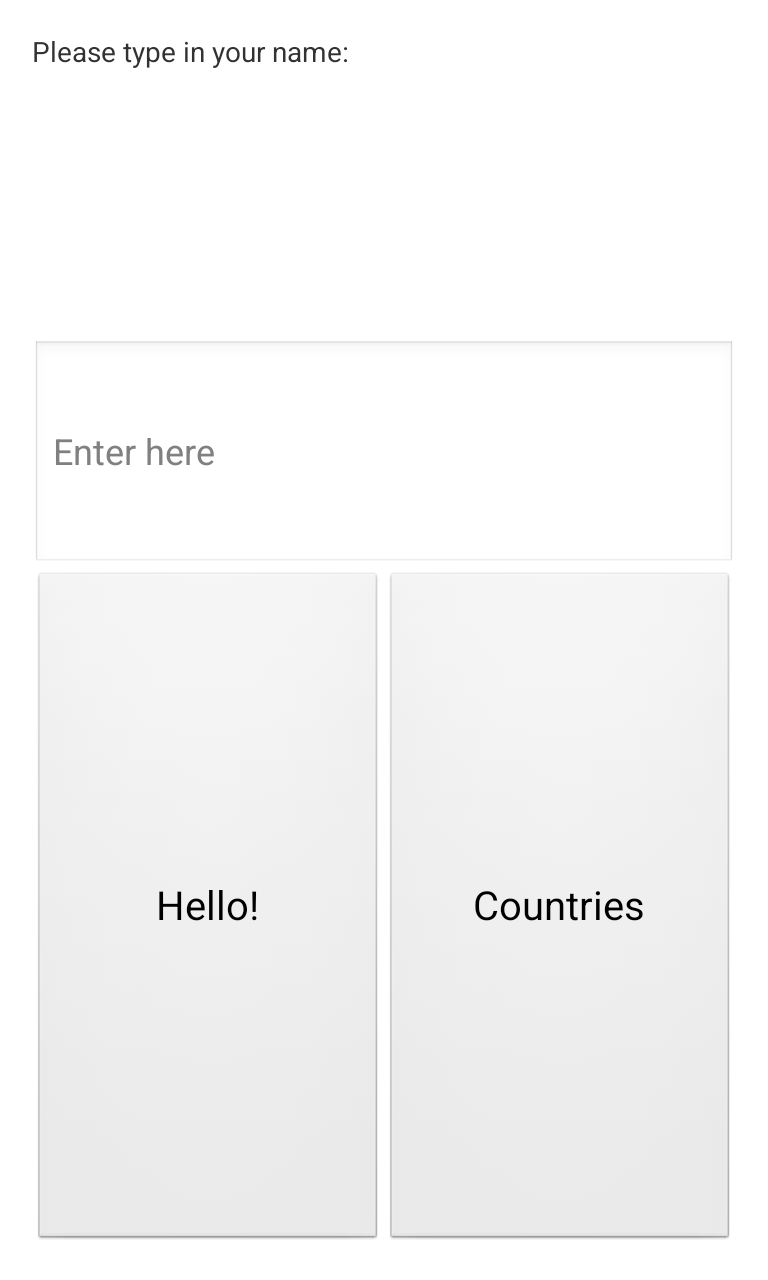
Repository: echolomaniac/HelloWorld
Layout: HelloWorld/res/layout/fragment_main.xml
An editor plug-in stored every save of this project. The layout is shown before and after the next save, followed by the edit.
It is drawn on a 768 x 1280 px phone screen (xhdpi) without system bars, with theme android:Theme.Light.NoTitleBar; the app's code is not run.

Above is the layout before, as saved 2014-05-06 09:02:12.

### HelloWorld/res/layout/fragment_main.xml
<RelativeLayout xmlns:android="http://schemas.android.com/apk/res/android"
    xmlns:tools="http://schemas.android.com/tools"
    android:layout_width="match_parent"
    android:layout_height="match_parent"
    android:paddingBottom="@dimen/activity_vertical_margin"
    android:paddingLeft="@dimen/activity_horizontal_margin"
    android:paddingRight="@dimen/activity_horizontal_margin"
    android:paddingTop="@dimen/activity_vertical_margin"
    tools:context="com.example.helloworld.MainActivity$PlaceholderFragment" >

    <LinearLayout
        android:id="@+id/linearLayout1"
        android:layout_width="fill_parent"
        android:layout_height="fill_parent"
        android:layout_alignParentLeft="true"
        android:orientation="vertical" >

        <TextView
            android:id="@+id/textView1"
            android:layout_width="wrap_content"
            android:layout_height="wrap_content"
            android:layout_weight="0.2"
            android:text="@string/enter_name" />

        <EditText
            android:id="@+id/nameEditText"
            android:layout_width="match_parent"
            android:layout_height="wrap_content"
            android:layout_weight="0.1"
            android:ems="10"
            android:hint="@string/hint_enter_name" />

        <LinearLayout
            android:layout_width="fill_parent"
            android:layout_height="0dp"
            android:layout_weight="0.5" >

            <Button
                android:id="@+id/helloButton"
                android:layout_width="0dp"
                android:layout_weight="0.5"
                android:layout_height="match_parent"
                android:text="@string/hello_button"
                android:textSize="20sp" />

            <Button
                android:id="@+id/listButton"
                android:layout_width="0dp"
                android:layout_weight = "0.5"
                android:layout_height="match_parent"
                android:text="@string/button_list"
                android:textSize="20sp" />

        </LinearLayout>

    </LinearLayout>

</RelativeLayout>

### HelloWorld/res/values/strings.xml
<?xml version="1.0" encoding="utf-8"?>
<resources>

    <string name="app_name">HelloWorld</string>
    <string name="hello_world">Hello world!</string>
    <string name="action_settings">Settings</string>
    <string name="enter_name">Please type in your name:</string>
    <string name="hello_button">Hello!</string>
    <string name="hint_enter_name">Enter here</string>
    <string name="button_cancel">Cancel</string>
    <string name="field_Hello">Hello!</string>
    <string name="button_exit">Exit</string>
    <string name="button_list">Countries</string>

</resources>

Loaded but not shown: HelloWorld/res/values/dimens.xml (common file); HelloWorld/res/values-w820dp/dimens.xml (common file)

After the next save:
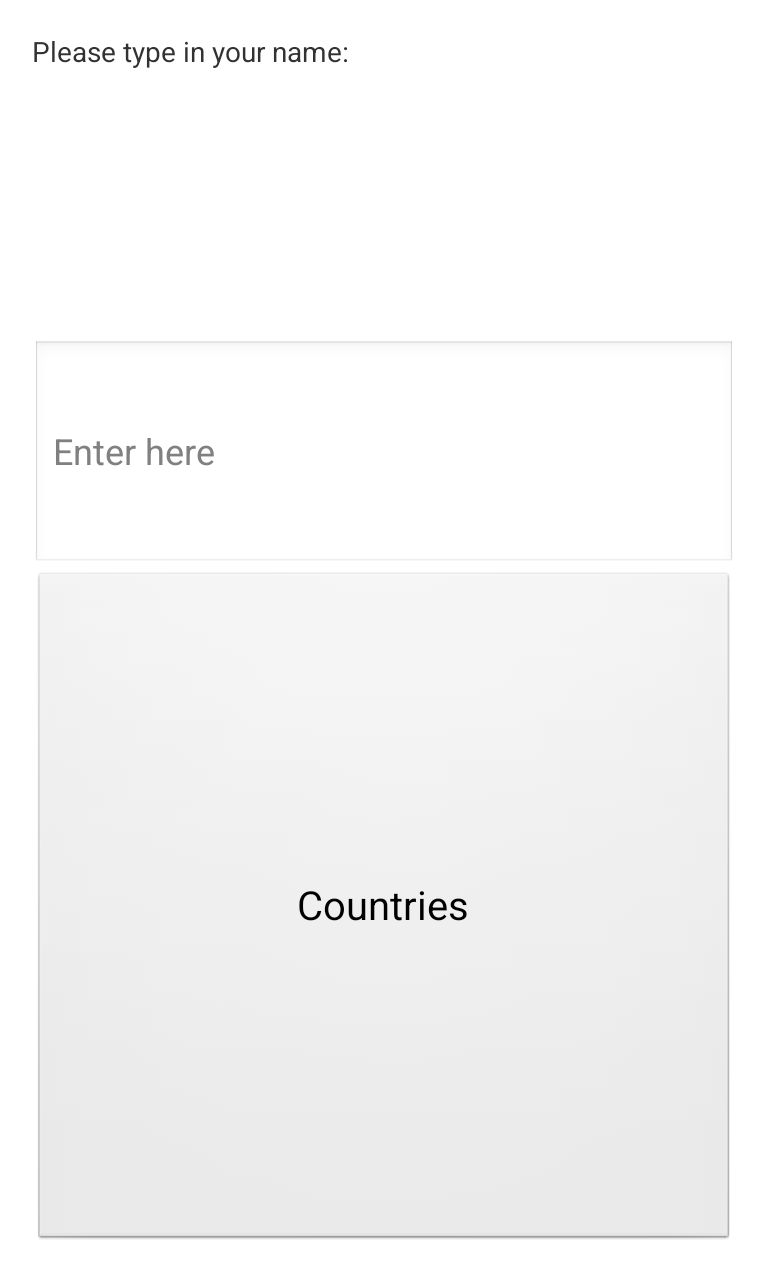
Saved 8 s later.
--- a/HelloWorld/res/layout/fragment_main.xml
+++ b/HelloWorld/res/layout/fragment_main.xml
@@ -38,7 +38,6 @@
             <Button
                 android:id="@+id/helloButton"
                 android:layout_width="0dp"
-                android:layout_weight="0.5"
                 android:layout_height="match_parent"
                 android:text="@string/hello_button"
                 android:textSize="20sp" />
